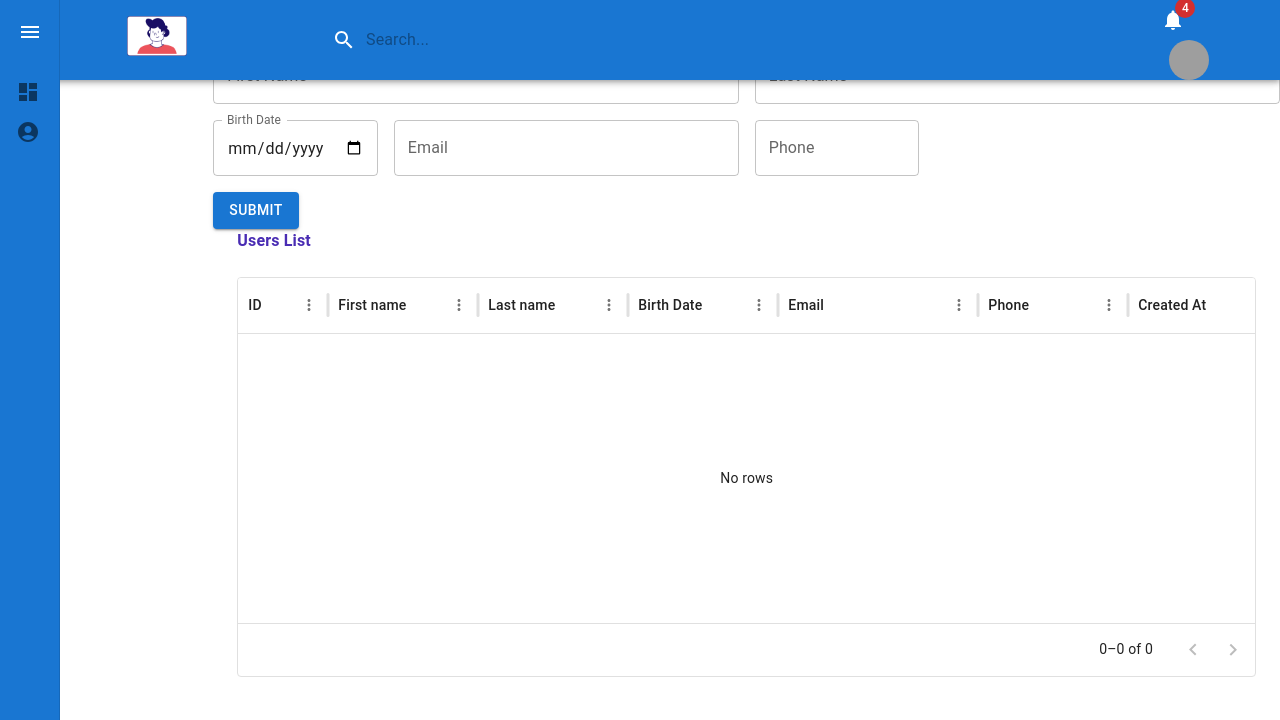
Repository: lenx0/front-client-manager
Page: /
An editor plug-in stored every save of this project. The page is shown before and after the next save, followed by the edit.
The browser window is 1280 px wide. The pictures show the whole page.
Pictures or frames that could not be fetched are drawn as grey boxes. The page's requests for data from a server got no answer. The project was rebuilt for these pictures with package versions that can differ from the ones it lists, and the page was loaded fresh each time. No one was signed in, and anything a server would have sent is missing. Also part of the build but not shown: vite.config.js, src/App.css.

Above is the page before, as saved 2024-06-25 13:10:26.

After the next save:
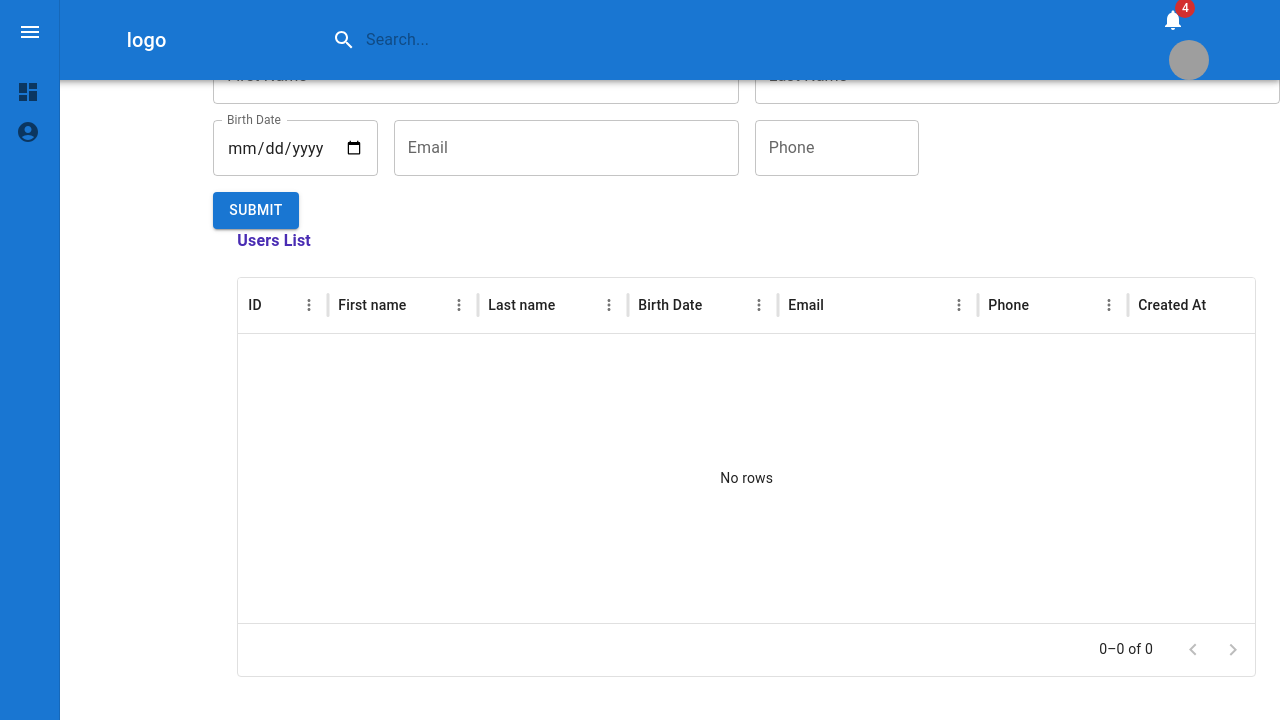
Saved 15 s later.
--- a/src/components/Layout/Header.jsx
+++ b/src/components/Layout/Header.jsx
@@ -19,7 +19,7 @@ const Header = () => {
           </Grid>
           <Grid item xs={2}>
             <Typography variant="h6" noWrap>
-              <img width={60} height={40} src="/images/bendy-call-user-window.png"/>
+              logo
             </Typography>
           </Grid>
           <Grid item xs={8}>
